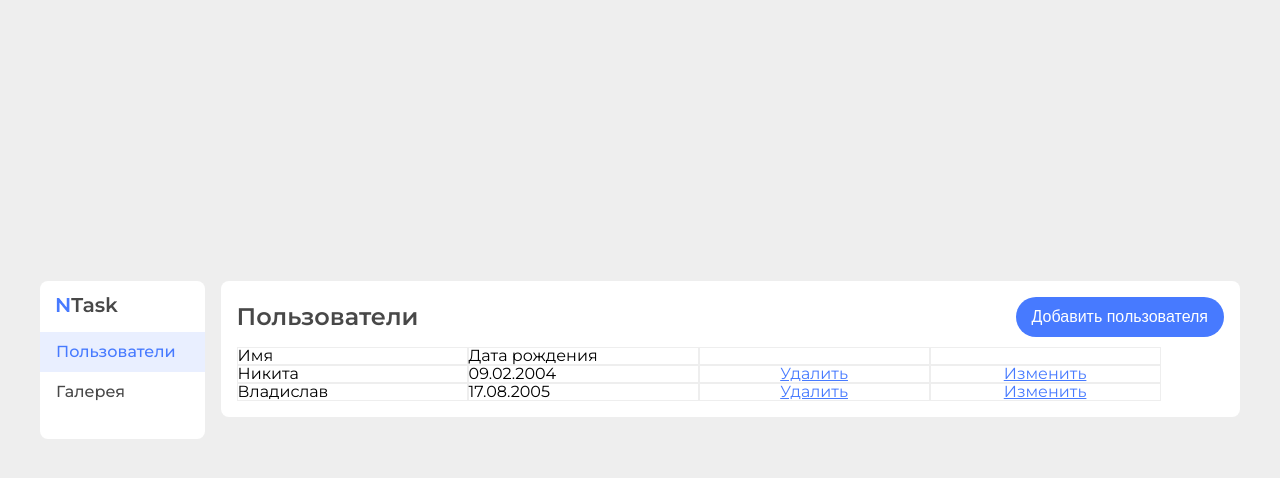
Repository: Grid-Master/NTask
Page: /gallery
The author's editor kept a copy of each file at every save. The page is drawn from the files as they stood at one save, then again after the next save.
The browser window is 1280 px wide. The pictures show the whole page.
The project was rebuilt for these pictures with package versions that can differ from the ones it lists, and the page was loaded fresh each time. Also part of the build but not shown: src/components/gallery/gallery.sass, src/components/gallery/Gallery.tsx, src/components/updateUser/updateUser.sass, src/components/updateUser/UpdateUser.tsx.

Above is the page before, as saved 2023-06-09 21:18:00.

### public/index.html
<!DOCTYPE html>
<html lang="en">
  <head>
    <meta charset="utf-8" />
    <link rel="icon" href="%PUBLIC_URL%/favicon.ico" />
    <meta name="viewport" content="width=device-width, initial-scale=1" />
    <meta name="theme-color" content="#000000" />
    <meta name="description" content="Web site created using create-react-app" />
    <link rel="apple-touch-icon" href="%PUBLIC_URL%/logo192.png" />
    <link rel="preconnect" href="https://fonts.googleapis.com" />
    <link rel="preconnect" href="https://fonts.gstatic.com" crossorigin />
    <link
      href="https://fonts.googleapis.com/css2?family=Montserrat:wght@300;400;500;600;700&display=swap"
      rel="stylesheet" />
    <link rel="manifest" href="%PUBLIC_URL%/manifest.json" />
    <title>React App</title>
  </head>
  <body>
    <noscript>You need to enable JavaScript to run this app.</noscript>
    <div id="root"></div>
  </body>
</html>

### src/index.tsx
import React from 'react';
import ReactDOM from 'react-dom/client';
import { Provider } from 'react-redux';
import './index.css';
import App from './App';
import { BrowserRouter } from 'react-router-dom';
import store from './store';

const root = ReactDOM.createRoot(document.getElementById('root') as HTMLElement);
root.render(
  <React.StrictMode>
    <BrowserRouter>
      <Provider store={store}>
        <App />
      </Provider>
    </BrowserRouter>
  </React.StrictMode>,
);

### src/index.css
html, body, div, span, applet, object, iframe,
h1, h2, h3, h4, h5, h6, p, blockquote, pre,
a, abbr, acronym, address, big, cite, code,
del, dfn, em, img, ins, kbd, q, s, samp,
small, strike, strong, sub, sup, tt, var,
b, u, i, center,
dl, dt, dd, ol, ul, li,
fieldset, form, label, legend,
table, caption, tbody, tfoot, thead, tr, th, td,
article, aside, canvas, details, embed,
figure, figcaption, footer, header, hgroup,
menu, nav, output, ruby, section, summary,
time, mark, audio, video {
	margin: 0;
	padding: 0;
	border: 0;
	font-size: 100%;
	font: inherit;
	vertical-align: baseline;
}
/* HTML5 display-role reset for older browsers */
article, aside, details, figcaption, figure,
footer, header, hgroup, menu, nav, section {
	display: block;
}
body {
	line-height: 1;
}
ol, ul {
	list-style: none;
}
blockquote, q {
	quotes: none;
}
blockquote:before, blockquote:after,
q:before, q:after {
	content: '';
	content: none;
}
table {
	border-collapse: collapse;
}
body {
  margin: 0;
  font-family: Montserrat;
  background: #EEEEEE;
;
}
input {
	font-family: Montserrat;
}

#root {
	display: flex;
	align-items: center;
	justify-content: center;
	height: 100vh;
}

code {
  font-family: source-code-pro, Menlo, Monaco, Consolas, 'Courier New',
    monospace;
}

### src/App.tsx
import './App.css';
import { FC, useEffect } from 'react';
import Navbar from './components/navabar/Navbar';
import UserList from './components/userList/UserList';
import { Routes, Route, useNavigate } from 'react-router-dom';
import Gallery from './components/gallery/Gallery';
import UpdateUser from './components/updateUser/UpdateUser';

const App: FC = () => {
  const navigate = useNavigate();
  useEffect(() => {
    navigate('/NTask/users');
  }, []);

  return (
    <div className="App">
      <Navbar />
      <Routes>
        <Route path="/NTask/users" element={<UserList />} />
        <Route path="/NTask/users/:id" element={<UpdateUser />} />
        <Route path="/NTask/gallery" element={<Gallery />} />
        <Route path="*" element={<h1>Error</h1>} />
      </Routes>
    </div>
  );
};

export default App;

### src/store/index.ts
import { configureStore } from '@reduxjs/toolkit';
import usersReducer from './usersSlice';
import galleryReducer from './gallerySlice';

const store = configureStore({
  reducer: { usersReducer, galleryReducer },
});

export default store;

export type RootState = ReturnType<typeof store.getState>;
export type AppDispatch = typeof store.dispatch;

### src/App.css
.App {

  width: 100%;
  display: flex;
  align-items:start;
  gap: 16px;
  max-width: 1200px;
  margin: 0 auto;
}

@media screen and (max-width: 1200px) {
  .App {
    flex-direction: column;
    max-width: 1000px;
  }
}
@media screen and (max-width: 1000px) {
  .App {
    max-width: 600px;
    padding: 16px;
  }
}
@media screen and (max-width: 600px) {
  .App {
    max-width: calc(320px - 32px);
  }
}

### src/components/navabar/Navbar.tsx
import { FC } from 'react';
import './navbar.sass';
import { useNavigate, useLocation } from 'react-router-dom';
const logo = require('../../images/logo.png');

const Navbar: FC = () => {
  const navigate = useNavigate();
  const { pathname } = useLocation();

  return (
    <div className="navbar">
      <div className="navbar__imagecontainer">
        <img src={logo} alt="logo" />
      </div>
      <div
        className={pathname.includes('/users') ? 'navbar__item navbar__active' : 'navbar__item'}
        onClick={() => navigate('/NTask/users')}>
        Пользователи
      </div>
      <div
        className={pathname.includes('/gallery') ? 'navbar__item navbar__active' : 'navbar__item'}
        onClick={() => navigate('/NTask/gallery')}>
        Галерея
      </div>
    </div>
  );
};

export default Navbar;

### src/components/userList/UserList.tsx
import React, { FC } from 'react';
import { useNavigate } from 'react-router-dom';
import './userList.sass';
import { useAppDispatch, useAppSelector } from '../../store/hooks';
import { removeUser } from '../../store/usersSlice';

const UserList: FC = () => {
  const navigate = useNavigate();
  const users = useAppSelector((state) => state.usersReducer.users);
  const dispatch = useAppDispatch();

  const updateHandler = (router: string) => {
    navigate(router);
    window.scrollTo(0, 0);
  };

  const deleteHandler = (id: number) => {
    dispatch(removeUser(id));
  };

  return (
    <div className="userList">
      <div className="userList__container">
        <h1 className="userList__title">Пользователи</h1>
        <button className="userList__addUserBtn" onClick={() => updateHandler('createuser')}>
          Добавить пользователя
        </button>
      </div>
      {/* <table className="userList__table">
        <tr className="userList__table-info">
          <td>Имя</td>
          <td>Дата рождения</td>
          <td></td>
          <td></td>
        </tr>
        {users.map((user) => (
          <tr key={user.id}>
            <td>{user.name}</td>
            <td>{user.date}</td>
            <td className="userList__table-btn" onClick={() => deleteHandler(user.id)}>
              Удалить
            </td>
            <td className="userList__table-btn" onClick={() => updateHandler(`${user.id}`)}>
              Изменить
            </td>
          </tr>
        ))}
      </table> */}
      <div className="userList__grid">
        <div>Имя</div>
        <div>Дата рождения</div>
        <div></div>
        <div></div>
        {users.map((user) => (
          <>
            <div>{user.name}</div>
            <div>{user.date}</div>
            <div className="userList__table-btn" onClick={() => deleteHandler(user.id)}>
              Удалить
            </div>
            <div className="userList__table-btn" onClick={() => updateHandler(`${user.id}`)}>
              Изменить
            </div>
          </>
        ))}
      </div>
    </div>
  );
};

export default UserList;

### src/store/usersSlice.ts
import { createSlice, PayloadAction } from '@reduxjs/toolkit';
import { users } from '../data/users';

export interface IUser {
  id: number;
  name: string;
  date: string;
}

const usersSlice = createSlice({
  name: 'users',
  initialState: {
    users: [...users] as IUser[],
  },
  reducers: {
    addUser(state, action: PayloadAction<IUser>) {
      state.users.push(action.payload);
    },
    updateUser(state, action: PayloadAction<IUser>) {
      let updateUser = state.users.find((user) => user.id === action.payload.id);
      if (updateUser) {
        updateUser.name = action.payload.name;
        updateUser.date = action.payload.date;
      }
      state.users = state.users.map((user) => (user.id === updateUser?.id ? updateUser : user));
    },
    removeUser(state, action: PayloadAction<number>) {
      state.users = state.users.filter((user) => user.id !== action.payload);
    },
  },
});

export const { removeUser, updateUser, addUser } = usersSlice.actions;

export default usersSlice.reducer;

### src/store/gallerySlice.ts
import { createSlice, PayloadAction } from '@reduxjs/toolkit';

export interface IPhoto {
  id: number;
  isSelected: boolean;
  file: any;
}

const gallerySlice = createSlice({
  name: 'users',
  initialState: {
    photos: [] as IPhoto[],
  },
  reducers: {
    addPhoto(state, action: PayloadAction<IPhoto>) {
      state.photos.unshift(action.payload);
    },
    pickPhoto(state, action: PayloadAction<number>) {
      const pickedPhoto = state.photos.findIndex((photo) => photo.id === action.payload);
      console.log(pickedPhoto, 'picked');
      if (pickedPhoto !== -1) {
        state.photos[pickedPhoto] = {
          ...state.photos[pickedPhoto],
          isSelected: !state.photos[pickedPhoto].isSelected,
        };
      }
    },
    removePhotos(state) {
      state.photos = state.photos.filter((photo) => !photo.isSelected);
    },
  },
});

export const { addPhoto, pickPhoto, removePhotos } = gallerySlice.actions;

export default gallerySlice.reducer;

### src/components/navabar/navbar.sass
.navbar
    width: 200px
    height: 158px
    background: #FFFFFF
    border-radius: 8px
    &__imagecontainer
        padding: 16px 0
        margin-left: 16px
    &__item
        padding: 8px 16px
        cursor: pointer
        font-weight: 500
        font-size: 16px
        line-height: 150%
        color: #484848
        transition: .3s
        &:hover
            color: #477AFF

    &__active
        background: #E9EFFF
        color: #477AFF

@media screen and (max-width: 600px)
    .navbar
        width: 288px
        height: 158px

### src/components/userList/userList.sass
.userList
    width: 100%
    background: #FFFFFF
    border-radius: 8px
    padding: 16px
    &__container
        display: flex
        align-items: center
        justify-content: space-between
    &__title
        font-weight: 600
        font-size: 24px
        line-height: 150%
        color: #484848
    &__addUserBtn
        font-weight: 500
        font-size: 16px
        line-height: 100%
        color: #FFFFFF
        background: #477AFF
        border-radius: 20px
        padding: 12px 16px
        border: none
        outline: none
        cursor: pointer
        transition: .3s
        &:hover
            opacity: .8
    &__table
        margin-top: 10px
        // width: 952px
        td
            border: 1px solid #EEEEEE
            width: 238px
            text-align: start
            padding: 8px 0
            padding-left: 8px
        &-btn
            cursor: pointer
            text-decoration-line: underline
            color: #477AFF
            transition: .2s
            text-align: center !important
            &:hover
                opacity: .8
        // tr td:nth-child(2)
        //     width: 3000px
        // tr:first-child td:first-child
        //     border-radius: 8px 0 0 0
        // tr:first-child td:last-child
        //     border-radius: 0 8px 0 0
        // tr:last-child td:first-child
        //     border-radius: 0 0 8px 0
        // tr:last-child td:last-child
        //     border-radius: 0 0 0 8px //??
        &-info
            background-color: #EEEEEE
            border-radius: 8px !important
    &__grid
        margin-top: 10px
        display: grid
        grid-template-columns: repeat(4, 231px)
        grid-column-gap: 0px
        grid-row-gap: 0px
        border-radius: 8px
        >div
            border: 1px solid #EEEEEE

@media screen and (max-width: 1200px)
    .userList
        width: calc( 100% - 32px )
@media screen and (max-width: 600px)
    .userList
        &__table
            display: block
            overflow-x: scroll
            td
                width: 131px
            &::-webkit-scrollbar
                // width: 4px
                scroll-margin-top: 5px
                height: 4px
                border: 1px solid #d5d5d5
            &::-webkit-scrollbar-track
                border-radius: 0
                background: #eeeeee
            &::-webkit-scrollbar-thumb
                border-radius: 0
                background: #b0b0b0
                cursor: pointer
        >div
            flex-direction: column
            align-items: start
        &__title
            margin-bottom: 10px

### src/store/hooks.ts
import { useDispatch, useSelector, TypedUseSelectorHook } from 'react-redux';
import type { RootState, AppDispatch } from '../store';

export const useAppDispatch = () => useDispatch<AppDispatch>();
export const useAppSelector: TypedUseSelectorHook<RootState> = useSelector;

### src/data/users.ts
import { IUser } from '../store/usersSlice';

export const users: IUser[] = [
  {
    id: 1,
    name: 'Никита',
    date: '09.02.2004',
  },
  {
    id: 2,
    name: 'Владислав',
    date: '17.08.2005',
  },
];

After the next save:
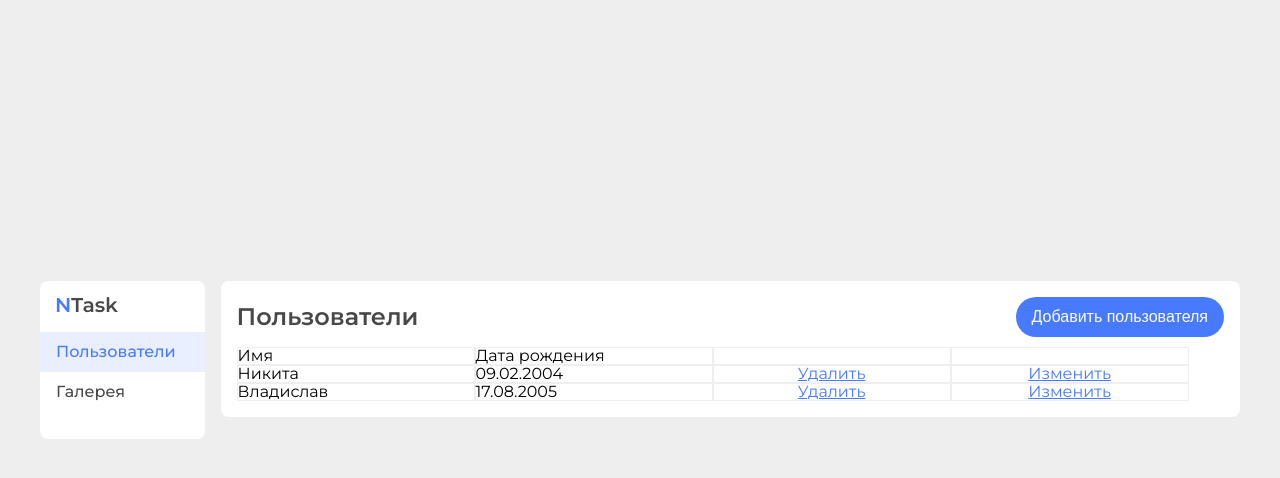
Saved 19 s later.
--- a/src/components/userList/userList.sass
+++ b/src/components/userList/userList.sass
@@ -59,7 +59,7 @@
     &__grid
         margin-top: 10px
         display: grid
-        grid-template-columns: repeat(4, 231px)
+        grid-template-columns: repeat(4, 238px)
         grid-column-gap: 0px
         grid-row-gap: 0px
         border-radius: 8px
